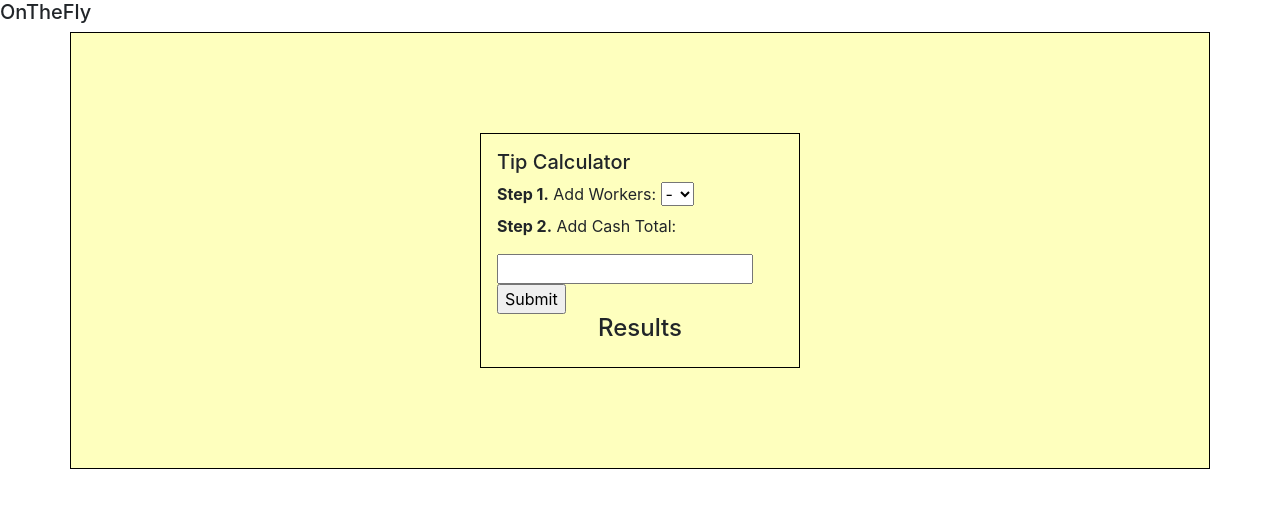
Repository: PBillingsby/on-the-fly
Page: on-the-fly-frontend/index.html
These files come from the project's save history. The page is drawn as it stood at one moment and after the next save; the edit follows.
The browser window is 1280 px wide. The pictures show the whole page.

Above is the page before, as saved 2020-07-13 16:25:02.

### on-the-fly-frontend/index.html
<!DOCTYPE html>
<html lang="en">
<head>
  <meta charset="UTF-8">
  <meta name="viewport" content="width=device-width, initial-scale=1.0">
  <meta http-equiv="X-UA-Compatible" content="ie=edge">
  <link rel="stylesheet" href="https://stackpath.bootstrapcdn.com/bootstrap/4.3.1/css/bootstrap.min.css" integrity="sha384-ggOyR0iXCbMQv3Xipma34MD+dH/1fQ784/j6cY/iJTQUOhcWr7x9JvoRxT2MZw1T" crossorigin="anonymous">
  <link rel="stylesheet" href="css/style.css">
  <script src="scripts/tipScript.js"></script>
  <title>Document</title>
</head>
<body>
  <header class="nav-bar">
    <h5>OnTheFly</h5>
  </header>
  <div class="container">
    <div class="tip-calculator mx-auto">
        <div id="worker-form" class="mx-auto">
          <h5>Tip Calculator</h5>
          <label><strong>Step 1.</strong> Add Workers:</label>
          <select name="worker" id="addworker" onchange="addWorker(value)">
            <option value="-" disable>-</option>
            <option value="1">1</option>
            <option value="2">2</option>
            <option value="3">3</option>
            <option value="4">4</option>
            <option value="5">5</option>

          </select>

          <form id="form-block">
          </form>
          <p><strong>Step 2.</strong> Add Cash Total:</p><input type="number" placeholder="" id="cashTips"></span>
          <input type="submit" placeholder="Add Cash" onclick="calculateTips()">

        </div>
        <div id="results" class="mx-auto">
          <h4 class="text-center">Results</h4>
        </div>
      </div>
  </div>

</body>
</html>

### on-the-fly-frontend/css/style.css
.container {
  background-color: rgb(254, 255, 190);
  border: 1px solid black;
  padding: 100px;
}

.tip-calculator {
  padding: 1rem;
  width: 25vw;
  border: 1px solid black;
}
@media(max-width: 640px) {
  .container {
    width: 75%;
    display: block;
    text-align: center;
    padding: 25px;
  }
  #worker-form {
    padding: 10px;
  }
}

### on-the-fly-frontend/scripts/tipScript.js
function addWorker(value) {
  const form = document.getElementById('form-block');
  form.addEventListener("submit", () => {
    event.preventDefault();
  })
  for (i = 0; i < value; i++) {
    const newForm = `
  <div id="worker[${i + 1}]" class="worker-div">
    <h4>Worker ${i + 1}</h4>
    <div class="form-group">
      <input type="text" name="worker" class="" placeholder="Worker Name">
    </div>
    <div class="form-group">
      <input type="number" name="hours" placeholder="Hours Worked">
    </div>
  </div>`;
    document.getElementById('form-block').innerHTML += newForm;
  }
  if (document.getElementById('form-block').childNodeCount > 0) {
      event.preventDefault();
      }
}

function calculateTips() {
  let workers = [];
  let cashTip = parseInt(document.getElementById('cashTips').value)
  for (let i = 0; i < document.getElementsByClassName('worker-div').length; i++) {
    let workerInfo = {
      name: document.getElementById(`worker[${i + 1}]`).querySelector('input').value,
      hours: parseInt(document.getElementById(`worker[${i + 1}]`).querySelectorAll('input')[1].value) // Multiply by hourly
    }
    workers.push(workerInfo)
  }
  returnTips(workers, cashTip);
}

function returnTips(arr, cashTips) {
  let count = 0;
  arr.forEach(obj => count += obj.hours)
  const hourly = cashTips / count;
  arr.forEach(worker => {
    document.getElementById('results').innerHTML = `<h4>${worker.name} you made $${parseFloat(worker.hours * hourly).toFixed(2)}</h4>`;
  })
  document.getElementById('results').innerHTML += ` <button type="submit" onclick="refreshPage()">Reload</button>`
}

function refreshPage() {
  window.location.href = window.location.href
}

After the next save:
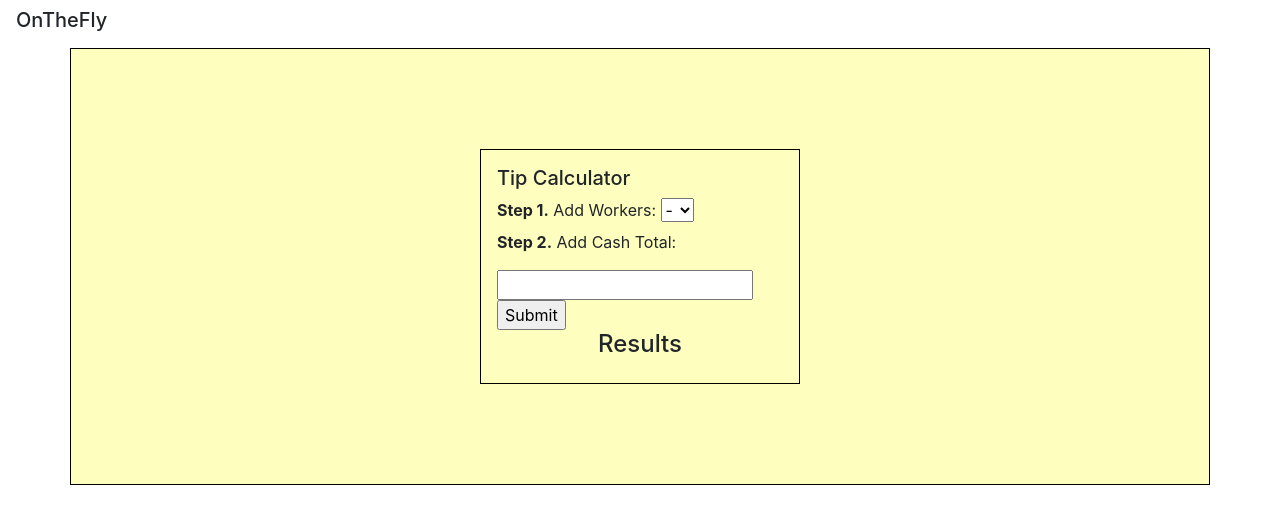
Saved 12 s later.
--- a/on-the-fly-frontend/index.html
+++ b/on-the-fly-frontend/index.html
@@ -10,7 +10,7 @@
   <title>Document</title>
 </head>
 <body>
-  <header class="nav-bar">
+  <header class="navbar">
     <h5>OnTheFly</h5>
   </header>
   <div class="container">
